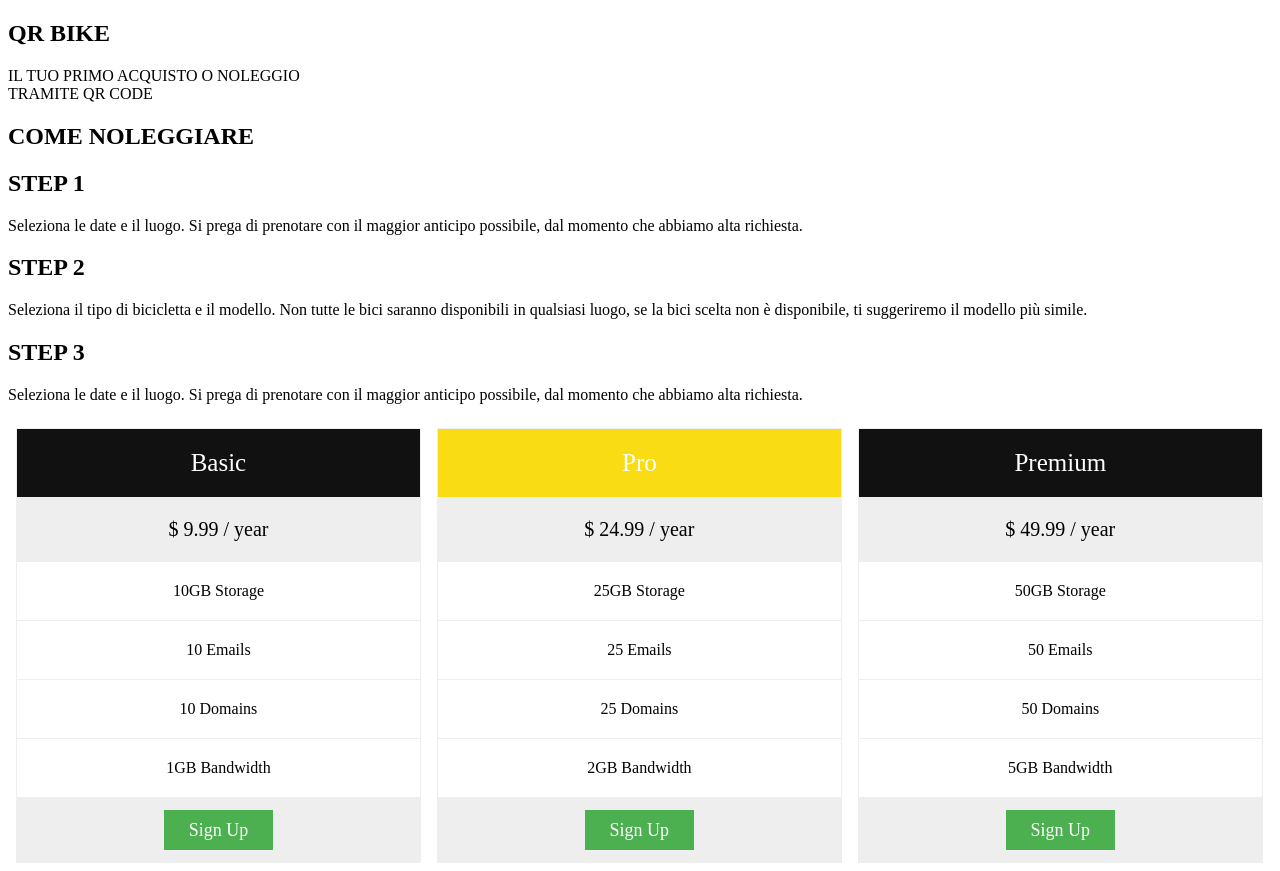
Repository: andrealepori/qrbike
Page: noleggio.html
An editor plug-in stored every save of this project. The page is shown before and after the next save, followed by the edit.
The browser window is 1280 px wide. The pictures show the whole page.

Above is the page before, as saved 2020-09-18 09:19:16.

After the next save:
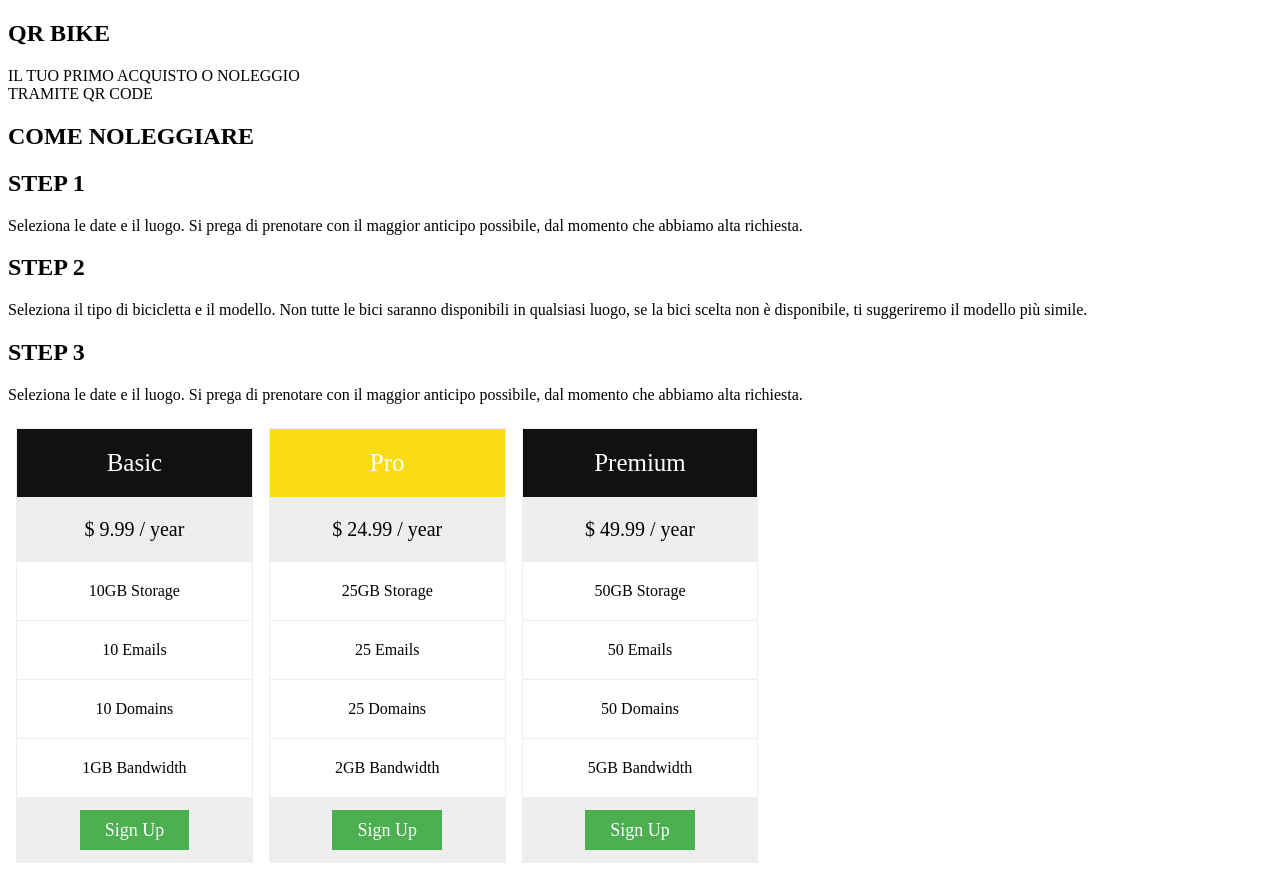
Saved 51 s later.
--- a/css/calendario.css
+++ b/css/calendario.css
@@ -5,7 +5,7 @@
 /* Create three columns of equal width */
 .columns {
     float: left;
-    width: 33.3%;
+    width: 20%;
     padding: 8px;
 }
 
